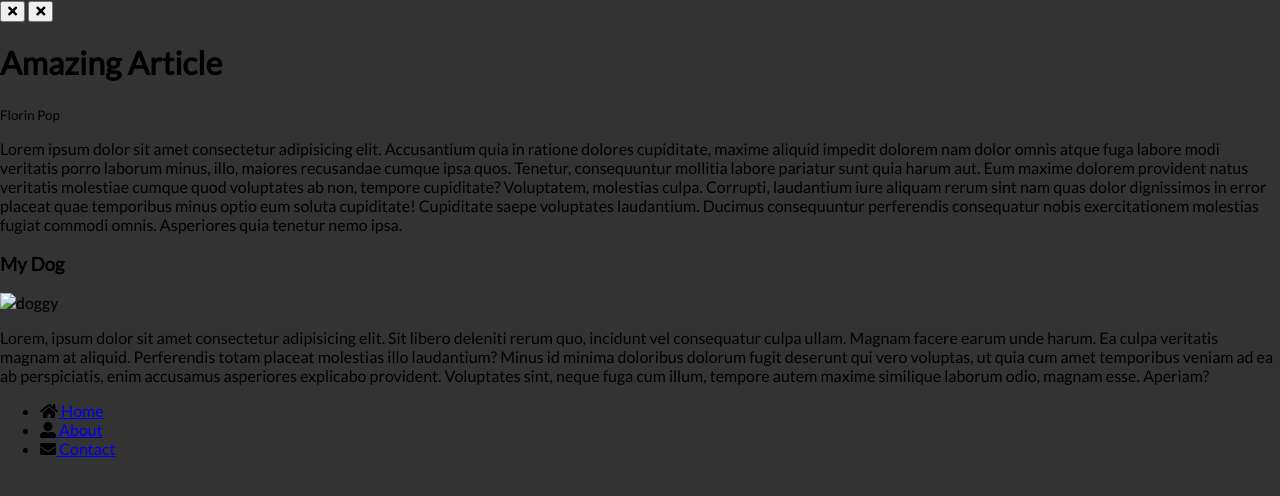
Repository: thecoachanna/rotating-navbar
Page: index.html
The author's editor kept a copy of each file at every save. The page is drawn from the files as they stood at one save, then again after a run of saves.
The browser window is 1280 px wide. The pictures show the whole page.
Some web libraries are served in a nearby version.

Above is the page before, as saved 2023-02-16 09:00:38.

### index.html
<!DOCTYPE html>
<html lang="en">
<head>
    <meta charset="UTF-8">
    <meta http-equiv="X-UA-Compatible" content="IE=edge">
    <meta name="viewport" content="width=device-width, initial-scale=1.0">
    <link rel="stylesheet" href="https://cdnjs.cloudflare.com/ajax/libs/font-awesome/5.14.0/css/all.min.css" integrity="sha512-1PKOgIY59xJ8Co8+NE6FZ+LOAZKjy+KY8iq0G4B3CyeY6wYHN3yt9PW0XpSriVlkMXe40PTKnXrLnZ9+fkDaog==" crossorigin="anonymous" />
    <link rel="stylesheet" href="style.css" />
    <title>Rotating Navigation</title>
    <link rel="stylesheet" href="style.css">
    <title>Rotating Navigation</title>
</head>
<body>
    <div class="container">
        <div class="circle-container">
            <div class="circle">
                <button id="close">
                    <i class="fas fa-times"></i>
                </button>
                <button id="open">
                    <i class="fas fa-times"></i>
                </button>
            </div>
        </div>

        <div class="content">
        <h1>Amazing Article</h1>
        <small>Florin Pop</small>
        <p>Lorem ipsum dolor sit amet consectetur adipisicing elit. Accusantium quia in ratione dolores cupiditate, maxime aliquid impedit dolorem nam dolor omnis atque fuga labore modi veritatis porro laborum minus, illo, maiores recusandae cumque ipsa quos. Tenetur, consequuntur mollitia labore pariatur sunt quia harum aut. Eum maxime dolorem provident natus veritatis molestiae cumque quod voluptates ab non, tempore cupiditate? Voluptatem, molestias culpa. Corrupti, laudantium iure aliquam rerum sint nam quas dolor dignissimos in error placeat quae temporibus minus optio eum soluta cupiditate! Cupiditate saepe voluptates laudantium. Ducimus consequuntur perferendis consequatur nobis exercitationem molestias fugiat commodi omnis. Asperiores quia tenetur nemo ipsa.</p>

        <h3>My Dog</h3>
        <img src="" alt="doggy" />
        <p>Lorem, ipsum dolor sit amet consectetur adipisicing elit. Sit libero deleniti rerum quo, incidunt vel consequatur culpa ullam. Magnam facere earum unde harum. Ea culpa veritatis magnam at aliquid. Perferendis totam placeat molestias illo laudantium? Minus id minima doloribus dolorum fugit deserunt qui vero voluptas, ut quia cum amet temporibus veniam ad ea ab perspiciatis, enim accusamus asperiores explicabo provident. Voluptates sint, neque fuga cum illum, tempore autem maxime similique laborum odio, magnam esse. Aperiam?</p>
      </div>
    </div>

    <nav>
      <ul>
        <li><i class="fas fa-home"></i><a href="#"> Home</a></li>
        <li><i class="fas fa-user-alt"></i><a href="#"> About</a></li>
        <li><i class="fas fa-envelope"></i><a href="#"> Contact</a></li>
      </ul>
    </nav>
    <script src="script.js"></script>
</body>
</html>

### style.css
@import url('https://fonts.googleapis.com/css2?family=Lato&display=swap');


* {
    box-sizing: border-box;
}

body {
    font-family: 'Lato', sans-serif;
    background-color: #333;
    color: #222
    overflow-x: hidden;
    margin: 0;
}

.container {

}

Loaded but not shown: script.js (no copy from this time; the picture is the same without it)

After the next 3 saves:
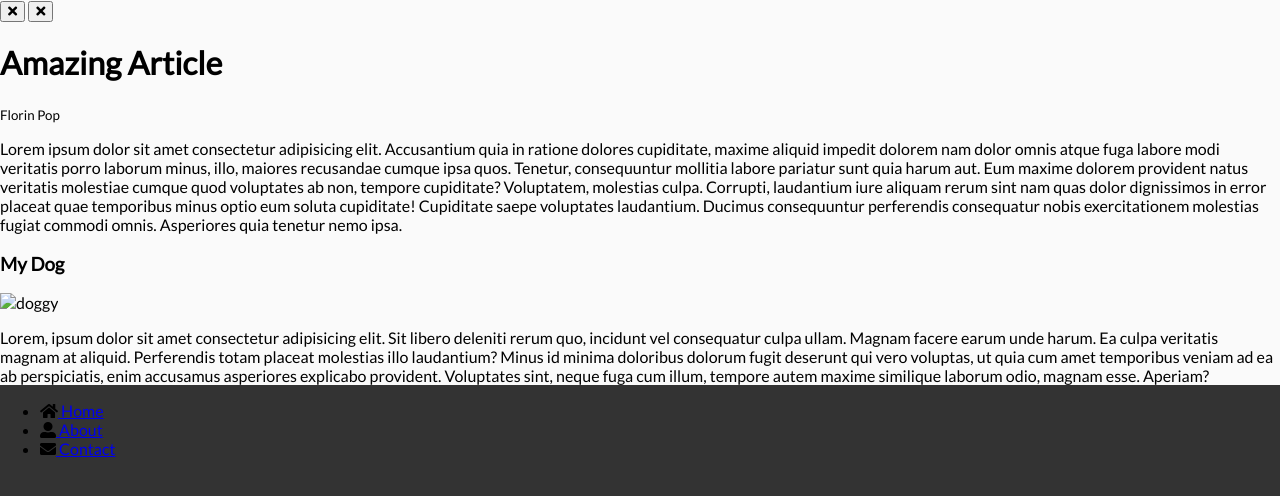
The 3 saves are shown as one change because they came seconds apart.
The last was saved 9 s later.
--- a/style.css
+++ b/style.css
@@ -14,5 +14,5 @@ body {
 }
 
 .container {
-
+    background-color: #fafafa;
 }
